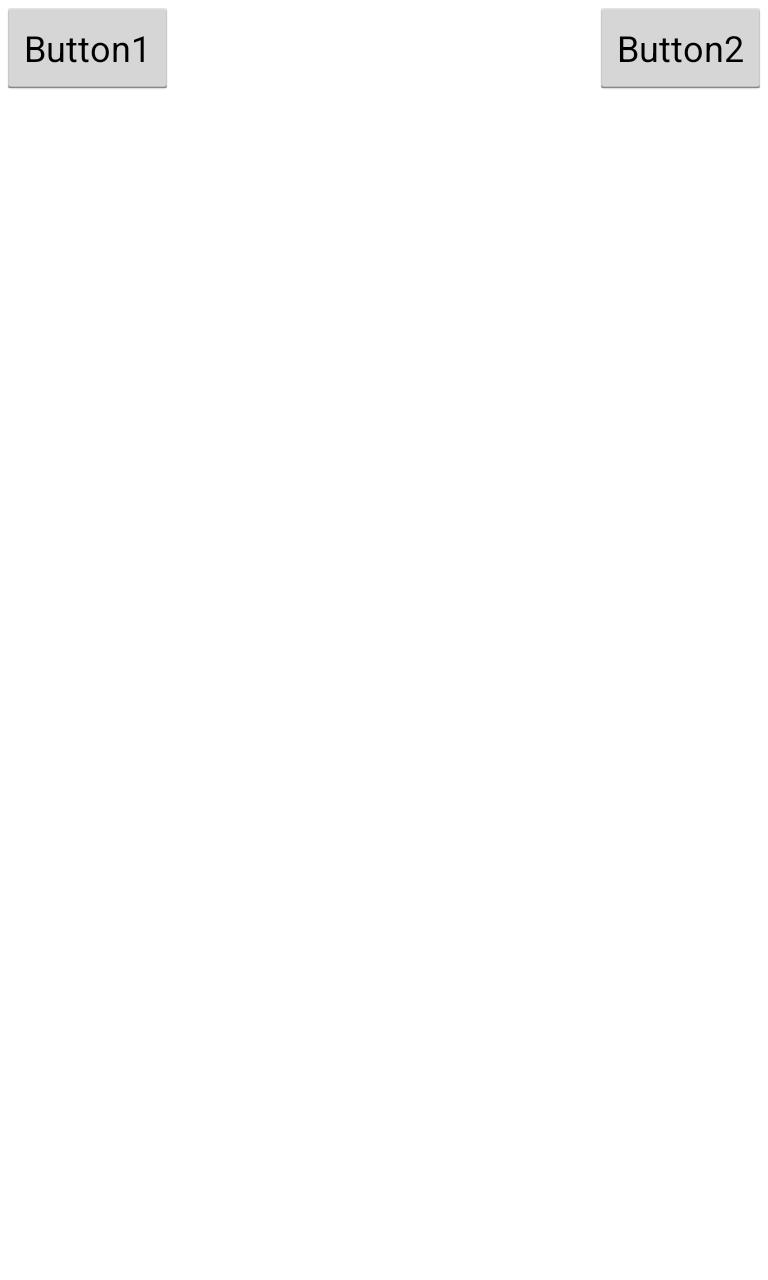
Repository: jinpp/Android
Layout: UILayoutTest/res/layout/relativelayout.xml
An editor plug-in stored every save of this project. The layout is shown before and after the next save, followed by the edit.
It is drawn on a 768 x 1280 px phone screen (xhdpi) without system bars, with theme AppTheme; the app's code is not run.

Above is the layout before, as saved 2016-11-16 07:57:07.

### UILayoutTest/res/layout/relativelayout.xml
<?xml version="1.0" encoding="utf-8"?>
<RelativeLayout xmlns:android="http://schemas.android.com/apk/res/android"
    android:layout_width="match_parent"
    android:layout_height="match_parent"
    android:orientation="vertical" >
    <Button
        android:id="@+id/button1"
        android:layout_width="wrap_content"
        android:layout_height="wrap_content"
        android:layout_alignParentLeft="true"
        android:layout_alignParentTop="true"
        android:text="Button1" />
     <Button
        android:id="@+id/button2"
        android:layout_width="wrap_content"
        android:layout_height="wrap_content"
        android:layout_alignParentRight="true"
        android:layout_alignParentTop="true"
        android:text="Button2" />
</RelativeLayout>

Loaded but not shown: UILayoutTest/res/values/styles.xml (common file); UILayoutTest/res/values-v11/styles.xml (common file); UILayoutTest/res/values-v14/styles.xml (common file)

After the next save:
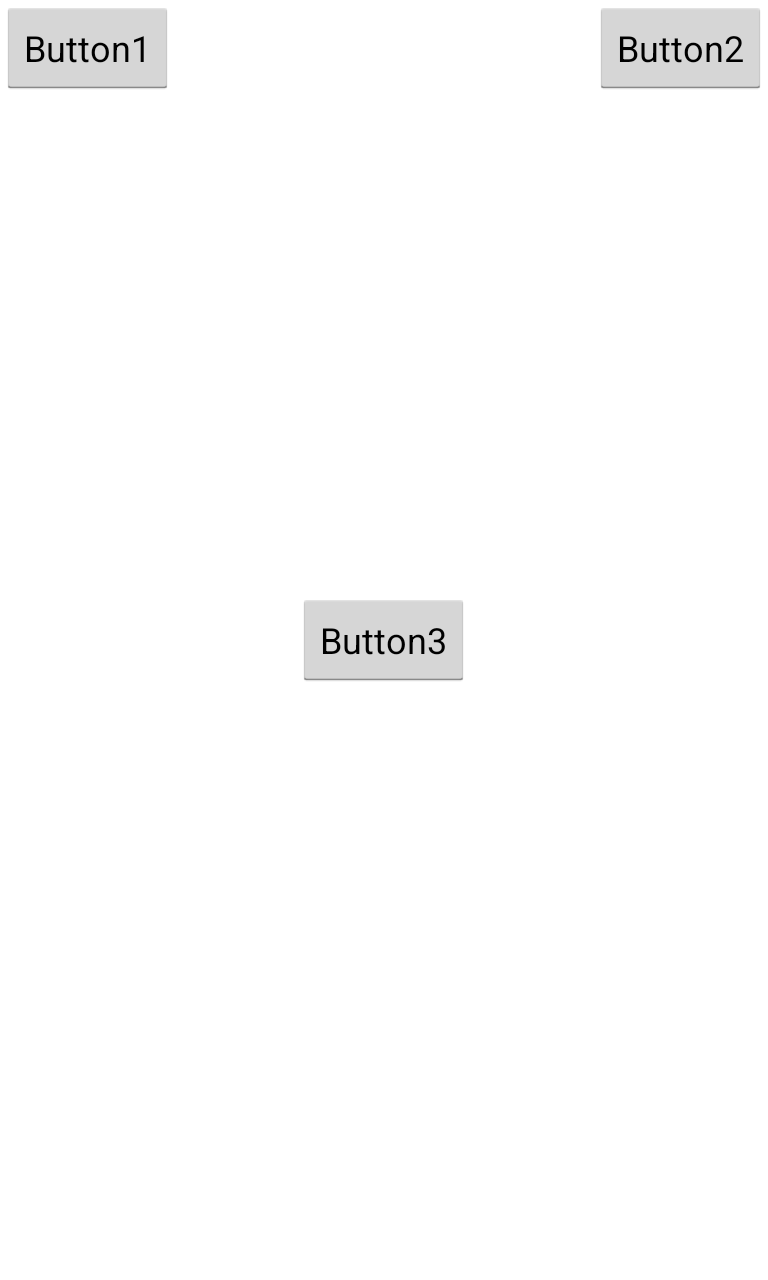
Saved 44 s later.
--- a/UILayoutTest/res/layout/relativelayout.xml
+++ b/UILayoutTest/res/layout/relativelayout.xml
@@ -17,4 +17,10 @@
         android:layout_alignParentRight="true"
         android:layout_alignParentTop="true"
         android:text="Button2" />
+      <Button
+        android:id="@+id/button3"
+        android:layout_width="wrap_content"
+        android:layout_height="wrap_content"
+        android:layout_centerInParent="true"
+        android:text="Button3" />
 </RelativeLayout>
